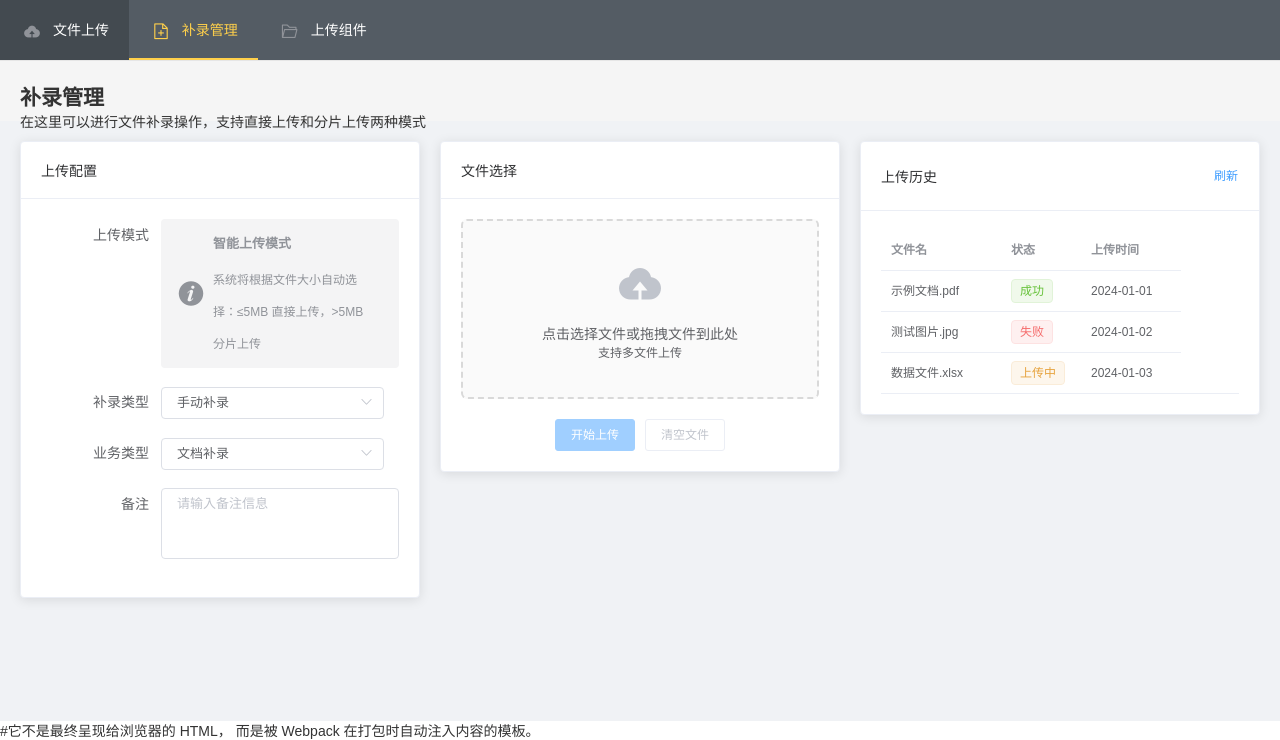
Repository: Savannah20041208/new_web-vue2
Page: /#/supplement
An editor plug-in stored every save of this project. The page is shown before and after the next save, followed by the edit.
The browser window is 1280 px wide. The pictures show the whole page.
The page's requests for data from a server got no answer. The project was rebuilt for these pictures with package versions that can differ from the ones it lists, and the page was loaded fresh each time. No one was signed in, and anything a server would have sent is missing. Also part of the build but not shown: vue.config.js, src/components/x-upload/components/x-file.vue, src/components/x-upload/components/folder-drag-upload/index.vue.

Above is the page before, as saved 2025-08-04 22:04:50.

### public/index.html
<!DOCTYPE html>
<html lang="">
  <head>
    <meta charset="utf-8">
    <meta http-equiv="X-UA-Compatible" content="IE=edge">
    <meta name="viewport" content="width=device-width,initial-scale=1.0">
    <link rel="icon" href="<%= BASE_URL %>favicon.ico">
    <title><%= htmlWebpackPlugin.options.title %></title>
  </head>
  <body>
    <noscript>
      <strong>We're sorry but <%= htmlWebpackPlugin.options.title %> doesn't work properly without JavaScript enabled. Please enable it to continue.</strong>
    </noscript>
    <div id="app"></div>
    <!-- built files will be auto injected -->
  </body>
</html>

#它不是最终呈现给浏览器的 HTML，
而是被 Webpack 在打包时自动注入内容的模板。

### src/App.vue
<template>
  <div id="app" style="height: 100vh">
    <navigation />
    <div class="main-content">
      <router-view></router-view>
    </div>

    <x-upload ref="globalUploader" />
  </div>
</template>

<script>
import XUpload from "@/components/x-upload";
import Navigation from "@/components/navigation";

export default {
  name: "App",
  components: {
    XUpload,
    Navigation
  },
  methods: {
    // 导出单独文件->url，通过标识返回不同的值
    exportFileUrl(identifier, type = 'default') {
      const baseUrl = 'api/fileUploadTask';

      switch (type) {
        case 'check':
          // 分片检查请求
          return `${baseUrl}/${identifier}`;
        case 'upload':
          // 分片上传请求
          return `${baseUrl}/upload`;
        case 'direct':
          // 直接上传（不分片）
          return `${baseUrl}/directUpload`;
        case 'supplement':
          // 补录上传
          return `${baseUrl}/supplementUpload`;
        default:
          return `${baseUrl}/upload`;
      }
    },

    // 获取全局上传器实例
    getGlobalUploader() {
      return this.$refs.globalUploader;
    }
  },
  mounted() {
    // 将导出方法挂载到全局，方便其他组件调用
    this.$root.exportFileUrl = this.exportFileUrl;
    this.$root.getGlobalUploader = this.getGlobalUploader;
  }
};
</script>

<style>
.main-content {
  height: calc(100vh - 60px);
  overflow: auto;
}
</style>

### src/assets/styles/reset.css
html,
body {
  height: 100%;
  /* 文字风格 Sans-serif 各笔画粗细相同，Serif 笔画粗细不同，monospace 等宽体，cursive草书，fantasy梦幻 */
  font-family: 'Microsoft YaHei', sans-serif, 'Helvetica Neue', Helvetica,
    Arial, '黑体', '宋体', Arial;
  -webkit-tap-highlight-color: transparent;
  -webkit-font-smoothing: antialiased;
  -moz-osx-font-smoothing: grayscale;
}
body {
  font-size: 14px;
  color: #333;
}
#app {
  height: 100%;
}
/* 重置各标签的默认样式 */
a,
body,
center,
cite,
code,
dd,
del,
div,
dl,
dt,
em,
fieldset,
figcaption,
figure,
footer,
form,
h1,
h2,
h3,
h4,
h5,
h6,
header,
hr,
html,
img,
input,
label,
legend,
li,
mark,
ol,
p,
section,
span,
textarea,
time,
td,
th,
ul {
  margin: 0;
  border: 0;
  padding: 0;
  font-style: normal;
  box-sizing: border-box;
  /*  自动换行 */
  word-wrap: break-word;
  /*  强制英文单词断行 */
  word-break: break-all;
}

/*  设置标签为块级分类 */
article,
aside,
details,
fieldset,
figcaption,
figure,
footer,
header,
main,
nav,
section {
  display: block;
}

/* 去除input标签的默认样式 */
button,
input,
textarea {
  -webkit-appearance: none;
  font-family: 'Microsoft YaHei', sans-serif, 'Helvetica Neue', Helvetica,
    Arial, '黑体', '宋体', Arial;
  border: 0;
  margin: 0;
  padding: 0;
  font-size: 1em;
  line-height: 1em;
  outline: none;
  background-color: transparent;
}

/*  禁止多文本框手动拖动大小 */
textarea {
  resize: none;
  -webkit-appearance: none;
}

/* 去掉按下的阴影盒子 */
input,
textarea,
a {
  -webkit-tap-highlight-color: transparent;
}

/*  清除a标签下划线 */
a,
a:visited {
  text-decoration: none;
}
a:focus,
a:active,
a:hover {
  outline: none;
}

/*  清除列表前面的点 */
ol,
li,
ul {
  list-style: none;
}

/*  清除IE下图片的边框 */
img {
  border-style: none;
  font-size: 0;
}

/*  解决chrome浏览器默认黄色背景问题 */
input:-webkit-autofill,
textarea:-webkit-autofill,
select:-webkit-autofill {
  -webkit-box-shadow: 0 0 0 1000px #fff inset;
}

/*  设置默认滚动条样式 */
::-webkit-input-placeholder {
  color: #afbdcc;
}
:-moz-placeholder {
  color: #afbdcc;
}
::-moz-placeholder {
  color: #afbdcc;
}
:-ms-input-placeholder {
  color: #afbdcc;
}
::-webkit-scrollbar {
  width: 6px;
  height: 6px;
}
::-webkit-scrollbar-track {
  background-color: #f5f5f5;
}
::-webkit-scrollbar-track-piece {
  background-color: #f5f5f5;
  border-radius: 6px;
}
::-webkit-scrollbar-thumb {
  background-color: #cccccc;
  border-radius: 6px;
}
::-webkit-scrollbar-corner {
  background-color: #f5f5f5;
}
::-webkit-resizer {
  background-repeat: no-repeat;
  background-position: bottom right;
}

### src/components/navigation/index.vue
<template>
  <div class="navigation">
    <el-menu
      :default-active="activeIndex"
      class="el-menu-demo"
      mode="horizontal"
      @select="handleSelect"
      background-color="#545c64"
      text-color="#fff"
      active-text-color="#ffd04b"
    >
      <el-menu-item index="/">
        <i class="el-icon-upload"></i>
        文件上传
      </el-menu-item>
      <el-menu-item index="/supplement">
        <i class="el-icon-document-add"></i>
        补录管理
      </el-menu-item>
      <el-menu-item index="/xupload">
        <i class="el-icon-folder-opened"></i>
        上传组件
      </el-menu-item>
    </el-menu>
  </div>
</template>

<script>
export default {
  name: 'AppNavigation',
  data() {
    return {
      activeIndex: '/'
    }
  },
  methods: {
    handleSelect(key) {
      this.activeIndex = key;
      // 避免重复导航到当前路由
      if (this.$route.path !== key) {
        this.$router.push(key);
      }
    }
  },
  watch: {
    '$route'(to) {
      this.activeIndex = to.path;
    }
  },
  mounted() {
    this.activeIndex = this.$route.path;
  }
}
</script>

<style scoped>
.navigation {
  width: 100%;
}

.el-menu-demo {
  border-bottom: none;
}
</style>

### src/components/supplement/index.vue
<template>
  <div class="supplement-page">
    <el-container style="height: 100%">
      <el-header style="background-color: #f5f5f5; padding: 20px;">
        <h2>补录管理</h2>
        <p>在这里可以进行文件补录操作，支持直接上传和分片上传两种模式</p>
      </el-header>

      <el-main>
        <el-row :gutter="20">
          <!-- 左侧：上传配置 -->
          <el-col :span="8">
            <el-card class="config-card">
              <template v-slot:header>
                <div class="card-header">
                  <span>上传配置</span>
                </div>
              </template>

              <el-form :model="uploadConfig" label-width="120px">
                <el-form-item label="上传模式">
                  <el-alert
                    title="智能上传模式"
                    type="info"
                    description="系统将根据文件大小自动选择：≤5MB 直接上传，>5MB 分片上传"
                    :closable="false"
                    show-icon>
                  </el-alert>
                </el-form-item>

                <el-form-item label="补录类型">
                  <el-select v-model="uploadConfig.supplementType" placeholder="请选择补录类型">
                    <el-option label="手动补录" value="manual"></el-option>
                    <el-option label="系统补录" value="system"></el-option>
                    <el-option label="批量补录" value="batch"></el-option>
                  </el-select>
                </el-form-item>

                <el-form-item label="业务类型">
                  <el-select v-model="uploadConfig.businessType" placeholder="请选择业务类型">
                    <el-option label="文档补录" value="document"></el-option>
                    <el-option label="图片补录" value="image"></el-option>
                    <el-option label="视频补录" value="video"></el-option>
                    <el-option label="其他" value="other"></el-option>
                  </el-select>
                </el-form-item>

                <el-form-item label="分片大小" v-if="uploadConfig.mode === 'chunk'">
                  <el-select v-model="uploadConfig.chunkSize">
                    <el-option label="1MB" :value="1024 * 1024"></el-option>
                    <el-option label="5MB" :value="5 * 1024 * 1024"></el-option>
                    <el-option label="10MB" :value="10 * 1024 * 1024"></el-option>
                  </el-select>
                </el-form-item>

                <el-form-item label="并发数" v-if="uploadConfig.mode === 'chunk'">
                  <el-input-number v-model="uploadConfig.simultaneousUploads" :min="1" :max="10"></el-input-number>
                </el-form-item>

                <el-form-item label="备注">
                  <el-input v-model="uploadConfig.remark" type="textarea" :rows="3" placeholder="请输入备注信息"></el-input>
                </el-form-item>
              </el-form>
            </el-card>
          </el-col>

          <!-- 中间：文件选择区域 -->
          <el-col :span="8">
            <el-card class="upload-card">
              <template v-slot:header>
                <div class="card-header">
                  <span>文件选择</span>
                </div>
              </template>

              <div class="upload-area" @click="selectFiles">
                <div class="upload-dragger">
                  <i class="el-icon-upload"></i>
                  <div class="upload-text">
                    <p>点击选择文件或拖拽文件到此处</p>
                    <p class="upload-tip">支持多文件上传</p>
                  </div>
                </div>
              </div>

              <input
                ref="fileInput"
                type="file"
                multiple
                style="display: none"
                @change="handleFileSelect"
              />

              <!-- 已选文件列表 -->
              <div v-if="selectedFiles.length > 0" class="selected-files">
                <h4>已选文件 ({{ selectedFiles.length }})</h4>
                <ul class="file-list">
                  <li v-for="(file, index) in selectedFiles" :key="index" class="file-item">
                    <span class="file-name">{{ file.name }}</span>
                    <span class="file-size">{{ formatFileSize(file.size) }}</span>
                    <el-button type="text" @click="removeFile(index)">删除</el-button>
                  </li>
                </ul>
              </div>

              <div class="upload-actions">
                <el-button type="primary" @click="startUpload" :disabled="selectedFiles.length === 0">
                  开始上传
                </el-button>
                <el-button @click="clearFiles" :disabled="selectedFiles.length === 0">
                  清空文件
                </el-button>
              </div>
            </el-card>
          </el-col>

          <!-- 右侧：上传历史 -->
          <el-col :span="8">
            <el-card class="history-card">
              <template v-slot:header>
                <div class="card-header">
                  <span>上传历史</span>
                  <el-button type="text" @click="refreshHistory">刷新</el-button>
                </div>
              </template>

              <el-table :data="uploadHistory" style="width: 100%" max-height="400">
                <el-table-column prop="fileName" label="文件名" width="120" show-overflow-tooltip></el-table-column>
                <el-table-column prop="status" label="状态" width="80">
                  <template slot-scope="scope">
                    <el-tag :type="getStatusType(scope.row.status)">{{ scope.row.status }}</el-tag>
                  </template>
                </el-table-column>
                <el-table-column prop="uploadTime" label="上传时间" width="100"></el-table-column>
              </el-table>
            </el-card>
          </el-col>
        </el-row>
      </el-main>
    </el-container>
  </div>
</template>

<script>
export default {
  name: 'SupplementPage',
  data() {
    return {
      uploadConfig: {
        mode: 'supplement', // 补录页面固定使用补录模式
        supplementType: 'manual',
        businessType: 'document',
        chunkSize: 5 * 1024 * 1024,
        simultaneousUploads: 3,
        remark: ''
      },
      selectedFiles: [],
      uploadHistory: [
        { fileName: '示例文档.pdf', status: '成功', uploadTime: '2024-01-01' },
        { fileName: '测试图片.jpg', status: '失败', uploadTime: '2024-01-02' },
        { fileName: '数据文件.xlsx', status: '上传中', uploadTime: '2024-01-03' }
      ]
    }
  },
  methods: {
    // 选择文件
    selectFiles() {
      this.$refs.fileInput.click();
    },

    // 处理文件选择
    handleFileSelect(event) {
      const files = Array.from(event.target.files);
      this.selectedFiles.push(...files);
      // 清空input，允许重复选择同一文件
      event.target.value = '';
    },

    // 移除文件
    removeFile(index) {
      this.selectedFiles.splice(index, 1);
    },

    // 清空文件
    clearFiles() {
      this.selectedFiles = [];
    },

    // 开始上传
    startUpload() {
      if (this.selectedFiles.length === 0) {
        this.$message.warning('请先选择文件');
        return;
      }

      // 准备上传参数
      const params = {
        supplementType: this.uploadConfig.supplementType,
        businessType: this.uploadConfig.businessType,
        remark: this.uploadConfig.remark,
        uploadTime: new Date().toISOString()
      };

      // 准备上传选项
      const options = {
        uploadMode: this.uploadConfig.mode,
        chunkSize: this.uploadConfig.chunkSize,
        simultaneousUploads: this.uploadConfig.simultaneousUploads
      };

      // 调用全局上传组件
      this.$uploadBus.$emit('openUploader', {
        files: this.selectedFiles,
        params: params,
        options: options
      });

      this.$message.success('已添加到上传队列');

      // 清空已选文件
      this.clearFiles();
    },

    // 格式化文件大小
    formatFileSize(bytes) {
      if (bytes === 0) return '0 B';
      const k = 1024;
      const sizes = ['B', 'KB', 'MB', 'GB'];
      const i = Math.floor(Math.log(bytes) / Math.log(k));
      return parseFloat((bytes / Math.pow(k, i)).toFixed(2)) + ' ' + sizes[i];
    },

    // 获取状态类型
    getStatusType(status) {
      switch (status) {
        case '成功': return 'success';
        case '失败': return 'danger';
        case '上传中': return 'warning';
        default: return 'info';
      }
    },

    // 刷新历史记录
    refreshHistory() {
      this.$message.info('刷新历史记录');
      // 这里可以调用API获取最新的上传历史
    }
  }
}
</script>

<style scoped>
.supplement-page {
  height: 100%;
  background-color: #f0f2f5;
}

.config-card, .upload-card, .history-card {
  height: 100%;
}

.card-header {
  display: flex;
  justify-content: space-between;
  align-items: center;
}

.upload-area {
  margin-bottom: 20px;
}

.upload-dragger {
  background-color: #fafafa;
  border: 2px dashed #d9d9d9;
  border-radius: 6px;
  box-sizing: border-box;
  width: 100%;
  height: 180px;
  text-align: center;
  cursor: pointer;
  position: relative;
  overflow: hidden;
  display: flex;
  flex-direction: column;
  justify-content: center;
  align-items: center;
  transition: border-color 0.3s;
}

.upload-dragger:hover {
  border-color: #409eff;
}

.upload-dragger i {
  font-size: 48px;
  color: #c0c4cc;
  margin-bottom: 16px;
}

.upload-text p {
  margin: 0;
  color: #606266;
}

.upload-tip {
  font-size: 12px;
  color: #909399;
  margin-top: 8px;
}

.selected-files {
  margin-bottom: 20px;
}

.file-list {
  list-style: none;
  padding: 0;
  margin: 0;
  max-height: 150px;
  overflow-y: auto;
}

.file-item {
  display: flex;
  justify-content: space-between;
  align-items: center;
  padding: 8px 0;
  border-bottom: 1px solid #ebeef5;
}

.file-name {
  flex: 1;
  overflow: hidden;
  text-overflow: ellipsis;
  white-space: nowrap;
  margin-right: 10px;
}

.file-size {
  color: #909399;
  font-size: 12px;
  margin-right: 10px;
}

.upload-actions {
  text-align: center;
}
</style>

Loaded but not shown: src/components/x-upload/chunk.js (610 lines, source omitted); src/components/x-upload/file.js (249 lines, source omitted); src/components/x-upload/uploader.js (242 lines, source omitted); src/components/x-upload/js/drag.js (55 lines, source omitted); src/components/x-upload/utils.js (73 lines, source omitted); src/components/x-upload/js/networkspeed.js (45 lines, source omitted); src/router.js (37 lines, source omitted); src/main.js (21 lines, source omitted); src/api/mock.js (4 lines, source omitted); src/components/x-upload/js/bus.js (3 lines, source omitted); src/components/x-upload/index.vue (801 lines, source omitted)

After the next save:
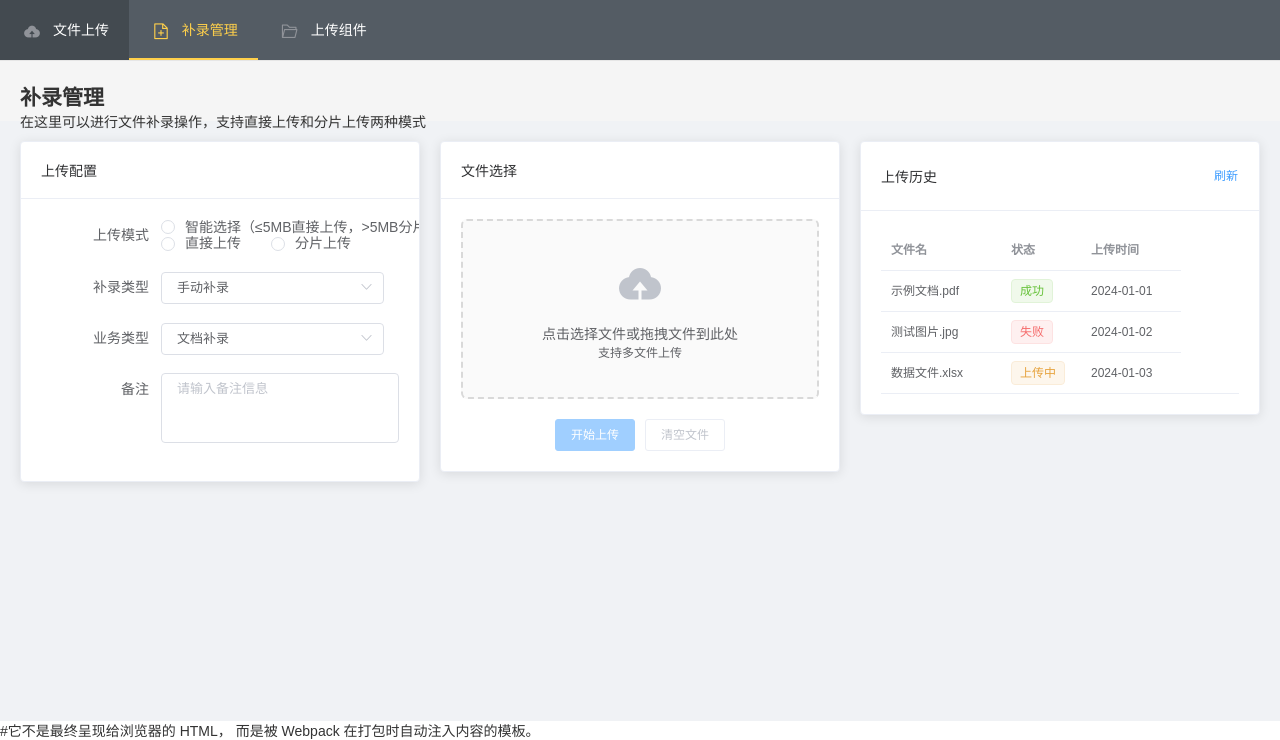
Saved 13 h 1 min later.
--- a/src/components/supplement/index.vue
+++ b/src/components/supplement/index.vue
@@ -19,13 +19,11 @@
 
               <el-form :model="uploadConfig" label-width="120px">
                 <el-form-item label="上传模式">
-                  <el-alert
-                    title="智能上传模式"
-                    type="info"
-                    description="系统将根据文件大小自动选择：≤5MB 直接上传，>5MB 分片上传"
-                    :closable="false"
-                    show-icon>
-                  </el-alert>
+                  <el-radio-group v-model="uploadConfig.mode">
+                    <el-radio label="auto">智能选择（≤5MB直接上传，>5MB分片上传）</el-radio>
+                    <el-radio label="direct">直接上传</el-radio>
+                    <el-radio label="chunk">分片上传</el-radio>
+                  </el-radio-group>
                 </el-form-item>
 
                 <el-form-item label="补录类型">
